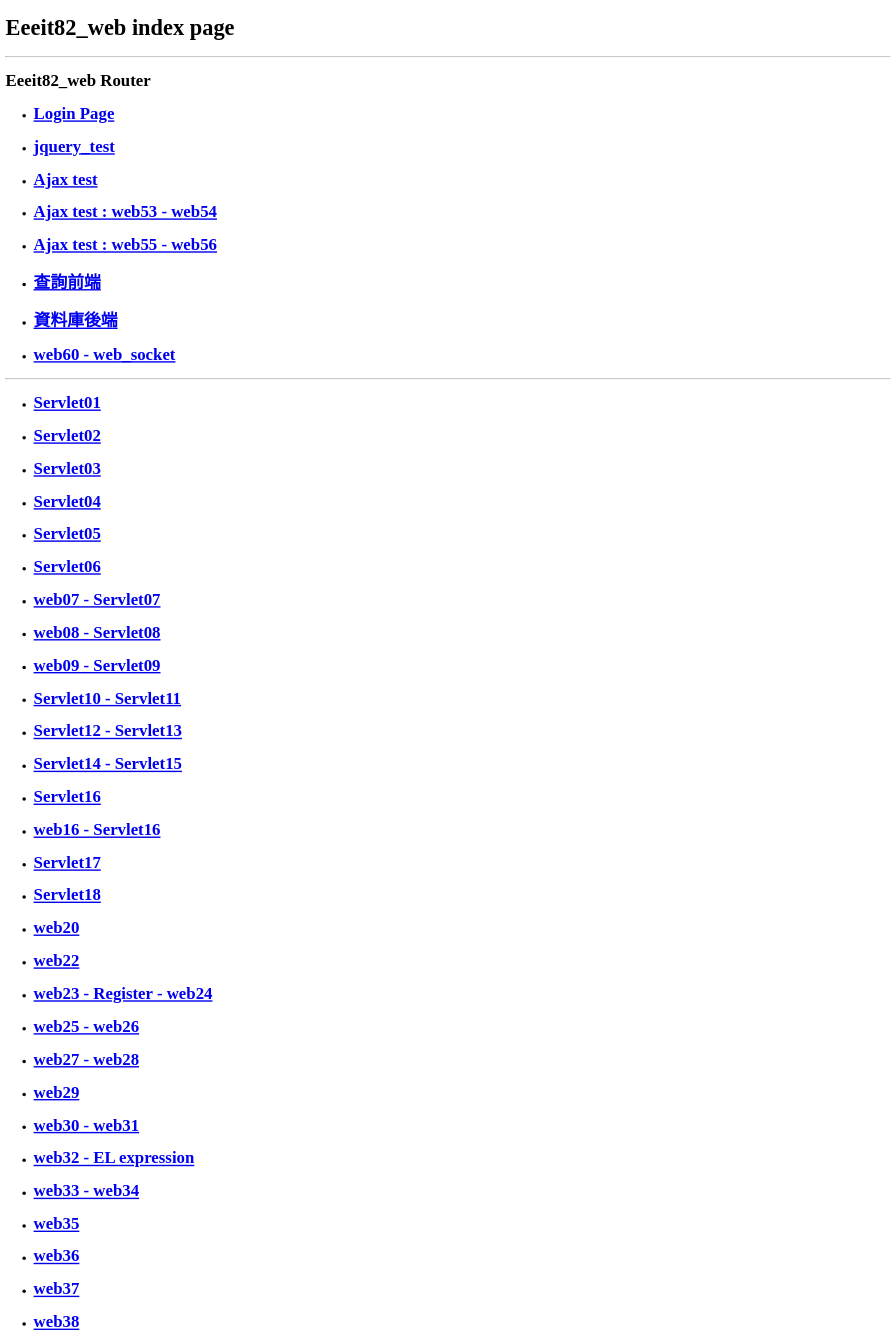
Repository: fgh64hfhk/webworkspace
Page: eeit82_web/src/main/webapp/index.html
The author's editor kept a copy of each file at every save. The page is drawn from the files as they stood at one save, then again after the next save.
The browser window is 1280 px wide. The pictures show the part of the page from y = 0 to 1920 px (the page is 2619 px tall before and 2666 px after), at 70% of full size.

Above is the page before, as saved 2024-05-13 03:17:19.

After the next save:
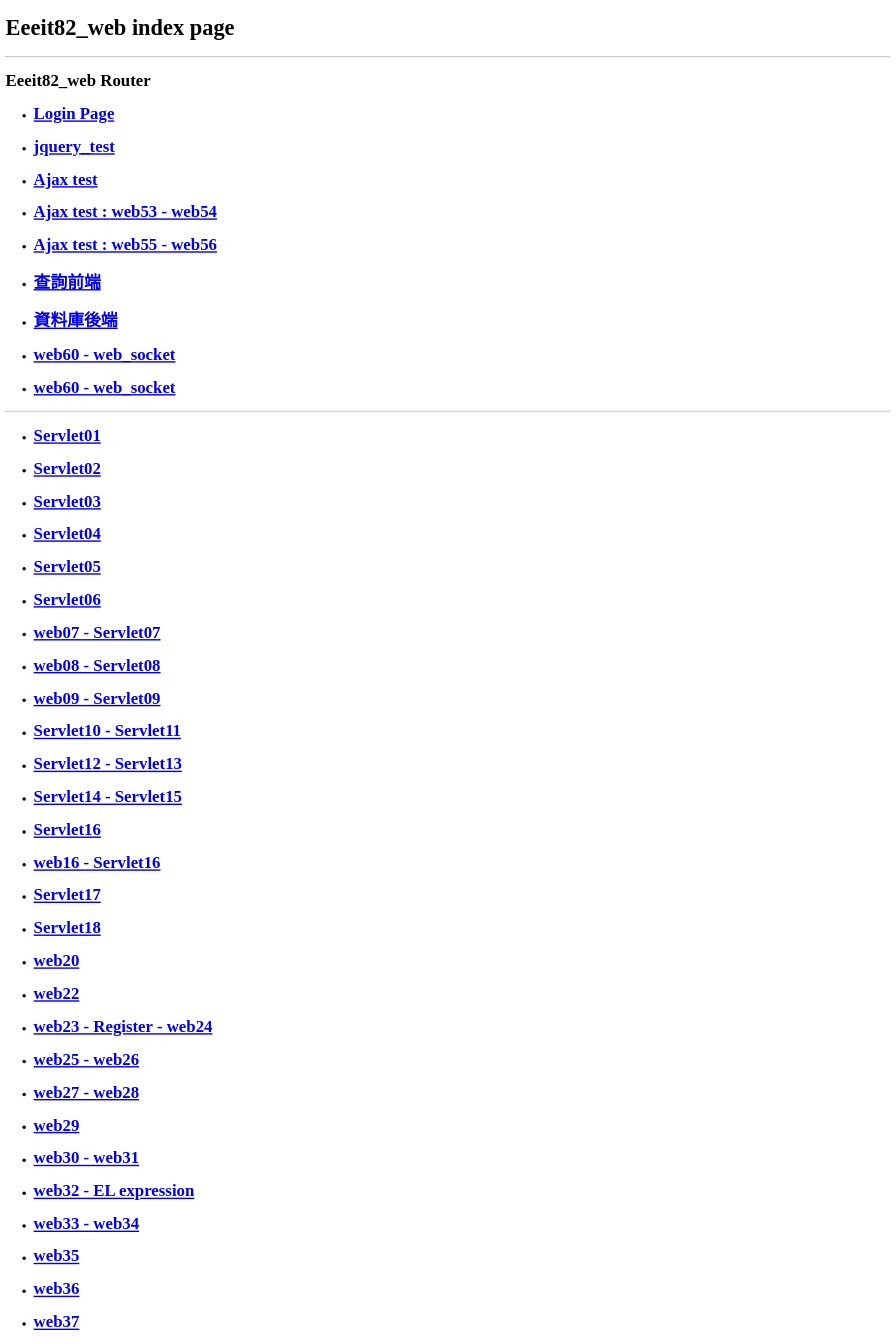
Saved 5 min 18 s later.
--- a/eeit82_web/src/main/webapp/index.html
+++ b/eeit82_web/src/main/webapp/index.html
@@ -49,6 +49,11 @@
 				<a href="web60.html">web60 - web_socket</a>
 			</h2>
 		</li>
+		<li>
+			<h2>
+				<a href="web60.html">web60 - web_socket</a>
+			</h2>
+		</li>
 	</ul>
 	<hr>
 	<ul>
